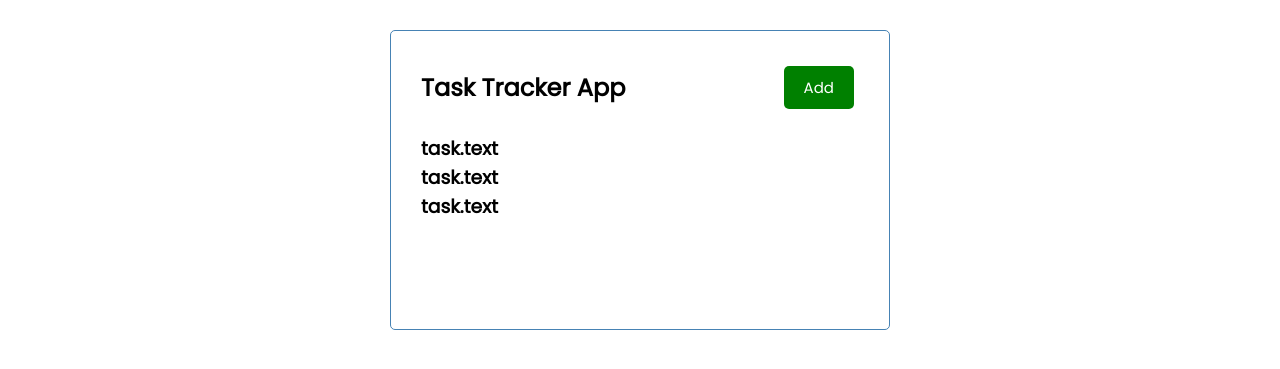
Repository: feyroozecode/task_tracker
Page: /
These files come from the project's save history. The page is drawn as it stood at one moment and after a run of saves; the edit follows.
The browser window is 1280 px wide. The pictures show the whole page.
The project was rebuilt for these pictures with package versions that can differ from the ones it lists, and the page was loaded fresh each time.

Above is the page before, as saved 2023-10-20 06:54:36.

After the next 2 saves:
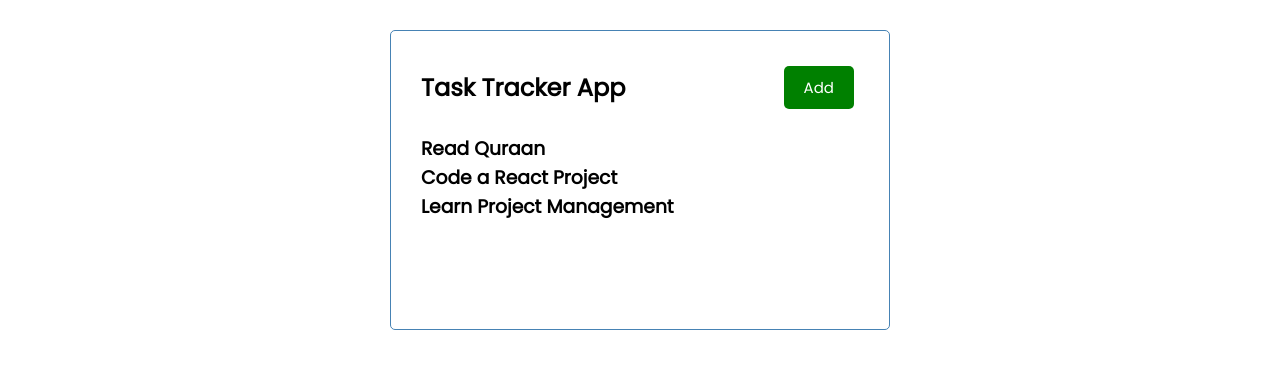
The 2 saves are shown as one change because they came seconds apart.
The last was saved 15 s later.
--- a/src/components/Tasks.js
+++ b/src/components/Tasks.js
@@ -22,7 +22,7 @@ const tasks = [
 const Tasks = () => {
     return (
        <>
-       { tasks.map((task) => ( <h3> task.text </h3> )  ) }
+       { tasks.map((task) => ( <h3> {task.text} </h3> )  ) }
        </>
     );
 }
